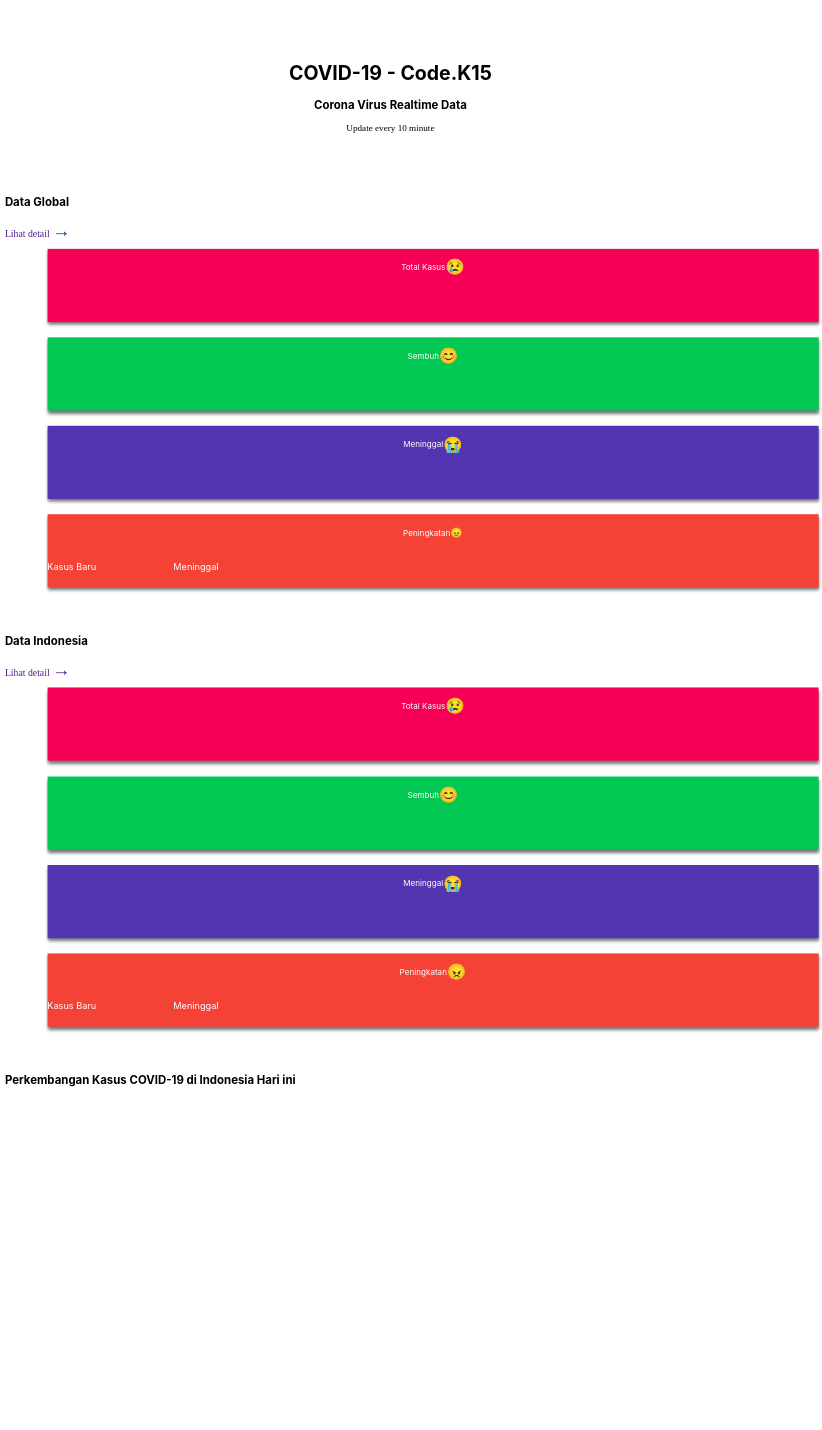
Repository: fathur15/covid19-monitoring
Page: http://localhost/covid19/apps/views/data/main/dashboard.php
An editor plug-in stored every save of this project. The page is shown before and after the next save, followed by the edit.
The browser window is 1280 px wide. The page is 1348 px wide, so the pictures cover 1348 px, including what lies to the right of the window. The pictures show the whole page, at 61% of full size.
The page is run by PHP 8.4 with error messages shown; the project is at /var/www/html/.

Above is the page before, as saved 2020-04-18 10:59:10.

### apps/views/data/main/dashboard.php

<style>
    h1,h2,h3,h4,h5,h6,p {
        font-family: -apple-system, BlinkMacSystemFont, 'Segoe UI', Roboto, Oxygen, Ubuntu, Cantarell, 'Open Sans', 'Helvetica Neue', sans-serif
    }
    .resume p, h5{
        color: white;
        font-weight: 400;
    }
    .shadow-box{
        -webkit-box-shadow: 0 15px 10px #777;
        -moz-box-shadow: 0 15px 10px #777;
        box-shadow: 0 5px 5px #777;

    }
    .content-main-wrapper{
        margin: 5% 0;
    }
    .emot{
        color: black;
        font-size: 25px;
        text-shadow: 0 0 0 yellow;
    }
    /* .shadow-box:after{
        -webkit-transform: rotate(3deg);
        -moz-transform: rotate(3deg);
        -o-transform: rotate(3deg);
        -ms-transform: rotate(3deg);
        transform: rotate(3deg);
        right: 10px;
        left: auto;
    } */
    .grafik {
        width: 80%;
        height: 480px;
        margin: 0 auto;
    }

</style>
<div class="content">
    <div class="heading" style="margin: 100px 30%; text-align: center">
        <h1>COVID-19 - Code.K15</h1>
        <h3>Corona Virus Realtime Data</h3>
        <small style="font-size: 15px">Update every 10 minute </small>
        <p id="date-update" style="color: #353030;"></p>
    </div>
    <div class="main">
        <div class="container">
            <div class="row content-main-wrapper">
                <div class="head-main-content">
                    <h3>Data Global</h3>
                    <a style="text-decoration: none" href="">Lihat detail <span style="font-size: 30px"> &#x2192 </span>
                        <!-- <i class="fas fa-long-arrow-alt-right" aria-hidden="true"></i> -->
                    </a>
                </div>
                <div id="resumeGlobal" class="row resume" style="width: 100%; margin: 0 5%" >
                        <div class ="col-sm-12 col-md-6 col-lg-6 col-xl-3">
                            <div class="card shadow-box" style="display:inline-block; width: 100%; background: #f50057; margin:1% 0.5%; align-items: center; height: 120px ">
                                <div class="card-body">
                                    <div style="flex-direction: row; display: flex; justify-content: center; align-items: center">
                                        <h5 id="title-kasus-global" class="card-text">Total Kasus</h5>
                                        <span class="emot">&#x1F622</span>
                                    </div>
                                    <p class="card-text" id="kasus-global"></p>
                                </div>
                            </div>
                        </div>
                        <div class ="col-sm-12 col-md-6 col-lg-6 col-xl-3">
                            <div class="card shadow-box" style="display:inline-block; width:100%; background: #00c853; margin: 1% 0.5%; align-items: center; height: 120px ">
                                <div class="card-body">
                                    <div style="flex-direction: row; display: flex; justify-content: center; align-items: center">
                                        <h5 id="title-kasus-global" class="card-text">Sembuh</h5>
                                        <span class="emot">&#x1F60A</span>
                                    </div>
                                    <p class="card-text" id="sembuh-global"></p>
                                    <!-- <p style="">Orang</p> -->
                                </div>
                            </div>
                        </div>
                        <div class ="col-sm-12 col-md-6 col-lg-6 col-xl-3">
                            <div class="card shadow-box" style="display:inline-block; width: 100%; margin: 1% 0.5%;height: 120px;align-items: center;  background :#5335b1">
                                <div class="card-body">
                                    <div style="flex-direction: row; display: flex; justify-content: center; align-items: center;">
                                        <h5 id="title-kasus-global" class="card-text">Meninggal</h5>
                                        <span class="emot" style="color: black; font-size: 25px; text-shadow: 0 0 0 yellow">&#x1F62D</span>
                                    </div>
                                    <p class="card-text" id="meninggal-global"></p>
                                    <!-- <p style="">Orang</p> -->
                                </div>
                            </div>
                        </div>
                        <div class ="col-sm-12 col-md-6 col-lg-6 col-xl-3">
                            <div class="card shadow-box" style="display:inline-block; width: 100%; margin: 1% 0.5%; height: 120px; background: #f44336">
                                <div class="card-body">
                                    <div style="flex-direction: row; display: flex; justify-content: center; align-items: center;">
                                        <h5 id="title-kasus-global" class="card-text">Peningkatan</h5>
                                        <span>&#x1F620</span>
                                    </div>
                                    <div style="flex-direction: row; display: flex;">
                                        <p style="font-size: 15px">Kasus Baru</p>
                                        <p style="margin-left: 10%; font-size: 15px">Meninggal </p>
                                    </div>
                                    <div style="display: flex;">
                                        <p style="font-size: 14px" class="card-text" id="kasus-baru-global"></p>
                                        <p style="margin-left: 10%; font-size: 14px" class="card-text" id="meninggal-baru-global"></p>
                                    </div>
                                </div>
                            </div>
                        </div>
                    </div>
                </div>
            <div class="row content-main-wrapper" >
                <div class="head-main-content">
                    <h3>Data Indonesia</h3>
                    <a style="text-decoration: none" href="">Lihat detail <span style="font-size: 30px"> &#x2192 </span>
                     <!-- <i class="fas fa-long-arrow-alt-right" aria-hidden="true"></i> -->
                      </a>
                </div>
                 <div id="resumeIndonesia" class="row resume" style="width: 100%; margin: 0 5%;" >
                    <div class ="col-sm-12 col-md-6 col-lg-6 col-xl-3">
                        <div class="card shadow-box" style="width: 100%; background: #f50057; margin: 1% 0.5%; display: inline-block; align-items: center; height: 120px ">
                            <div class="card-body">
                                <div style="flex-direction: row; display: flex; justify-content: center; align-items: center">
                                    <h5 id="title-kasus-indonesia" class="card-text">Total Kasus</h5>
                                    <span class="emot">&#x1F622</span>
                                </div>
                                <p style="font-size: 14px" class="card-text" id="kasus-indonesia"></p>
                            </div>
                        </div>
                    </div>
                    <div class ="col-sm-12 col-md-6 col-lg-6 col-xl-3">
                        <div class="card shadow-box" style="width: 100%; background: #00c853; margin: 1% 0.5%; display: inline-block; align-items: center; height: 120px ">
                            <div class="card-body">
                                <div style="flex-direction: row; display: flex; justify-content: center; align-items: center">
                                    <h5 id="title-kasus-indonesia" class="card-text">Sembuh</h5>
                                    <span class="emot">&#x1F60A</span>
                                </div>
                                <p class="card-text" id="sembuh-indonesia"></p>
                            </div>
                        </div>
                    </div>
                    <div class ="col-sm-12 col-md-6 col-lg-6 col-xl-3">
                        <div class="card shadow-box" style="width: 100%; margin: 1% 0.5%; display: inline-block; height: 120px;align-items: center; background :#5335b1">
                            <div class="card-body">
                                <div style="flex-direction: row; display: flex; justify-content: center; align-items: center;">
                                    <h5 id="title-kasus-indonesia" class="card-text">Meninggal</h5>
                                    <span class="emot">&#x1F62D</span>
                                </div>
                                <p class="card-text" id="meninggal-indonesia"></p>
                            </div>
                        </div>
                    </div>
                    <div class ="col-sm-12 col-md-6 col-lg-6 col-xl-3">
                        <div class="card shadow-box" style="width: 100%; margin: 1% 0.5%; display: inline-block; height: 120px; background: #f44336">
                            <div class="card-body">
                                <div style="flex-direction: row; display: flex; justify-content: center; align-items: center;">
                                    <h5 id="title-kasus-indonesia" class="card-text">Peningkatan</h5>
                                    <span class="emot">&#x1F620</span>
                                </div>
                                <div style="flex-direction: row; display: flex;">
                                    <p style="font-size: 15px">Kasus Baru</p>
                                    <p style="margin-left: 10%; font-size: 15px">Meninggal </p>
                                </div>
                                <div style="display: flex; margin-top: -1%">
                                    <p style="font-size: 15px" class="card-text" id="kasus-baru-indonesia"></p>
                                    <p style="margin-left: 10%; font-size: 15px" class="card-text" id="meninggal-baru-indonesia"></p>
                                </div>
                            </div>
                        </div>
                    </div>
                </div>
            </div>
            <div class="row content-main-wrapper" >
                <div class="head-main-content">
                    <h3>Perkembangan Kasus COVID-19 di Indonesia Hari ini</h3>
                </div>
                <div class="grafik">
                    <canvas id="line-chart"></canvas>
                </div>
            </div>
        </div>
    </div>
</div>

After the next save:
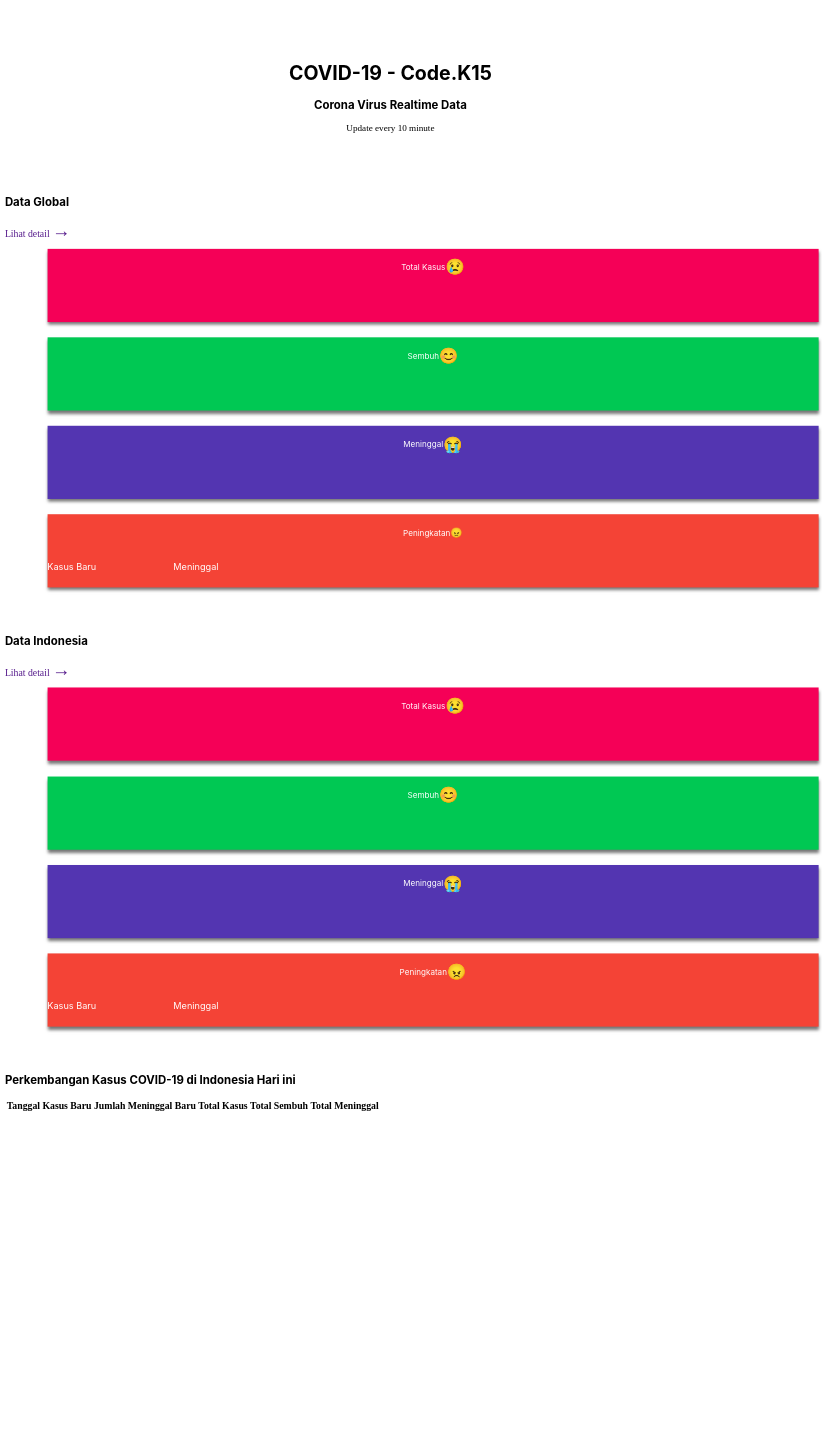
Saved 5 min 36 s later.
--- a/apps/views/data/main/dashboard.php
+++ b/apps/views/data/main/dashboard.php
@@ -174,6 +174,21 @@
                 <div class="head-main-content">
                     <h3>Perkembangan Kasus COVID-19 di Indonesia Hari ini</h3>
                 </div>
+                <div class="table-responsive-sm">
+                    <table id="tbl-statsInd" class="table">
+                       <thead>
+                            <tr>
+                                <th>Tanggal</th>
+                                <th>Kasus Baru</th>
+                                <th>Jumlah Meninggal Baru</th>
+                                <th>Total Kasus</th>
+                                <th>Total Sembuh</th>
+                                <th>Total Meninggal</th>
+                            </tr>
+                       </thead>
+                       <tbody></tbody>
+                    </table>
+                </div>
                 <div class="grafik">
                     <canvas id="line-chart"></canvas>
                 </div>
